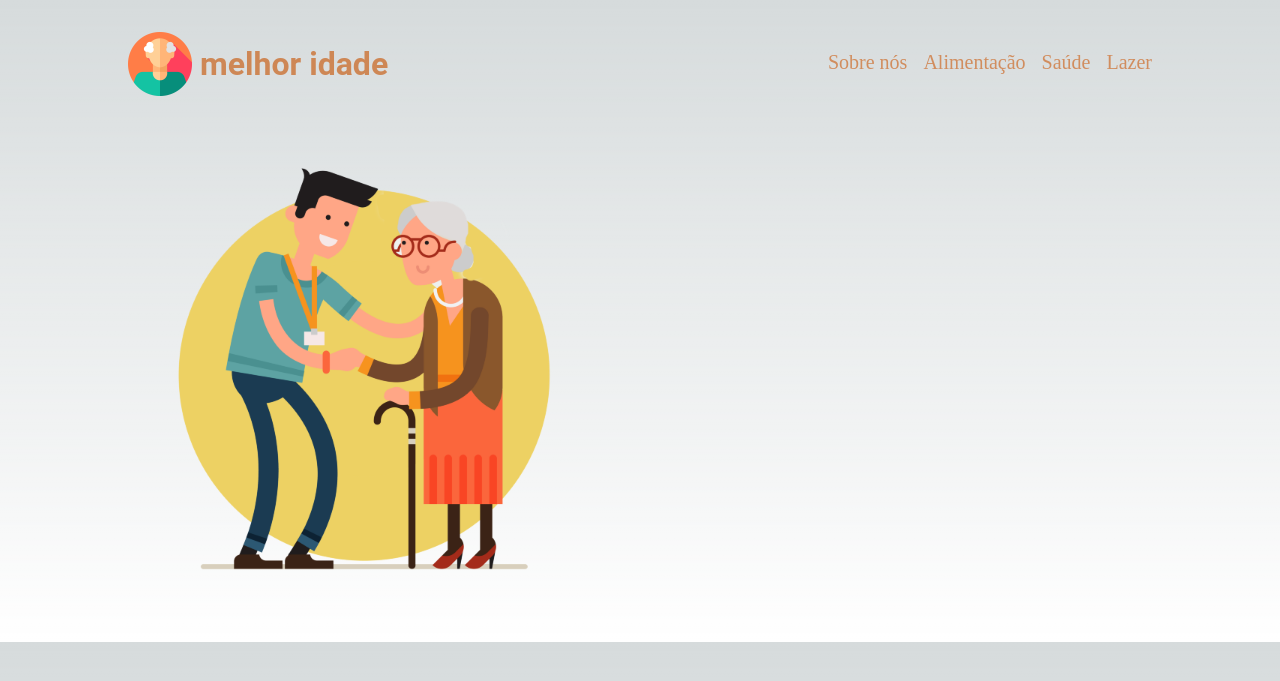
Repository: Giopol12/melhor-idade-online
Page: /home
The author's editor kept a copy of each file at every save. The page is drawn from the files as they stood at one save, then again after the next save.
The browser window is 1280 px wide. The pictures show the whole page.
The project was rebuilt for these pictures with package versions that can differ from the ones it lists, and the page was loaded fresh each time. The framework's server and built-in components were replaced by stand-ins that run in the browser. Also part of the build but not shown: next.config.js.

Above is the page before, as saved 2023-11-12 15:45:30.

After the next save:
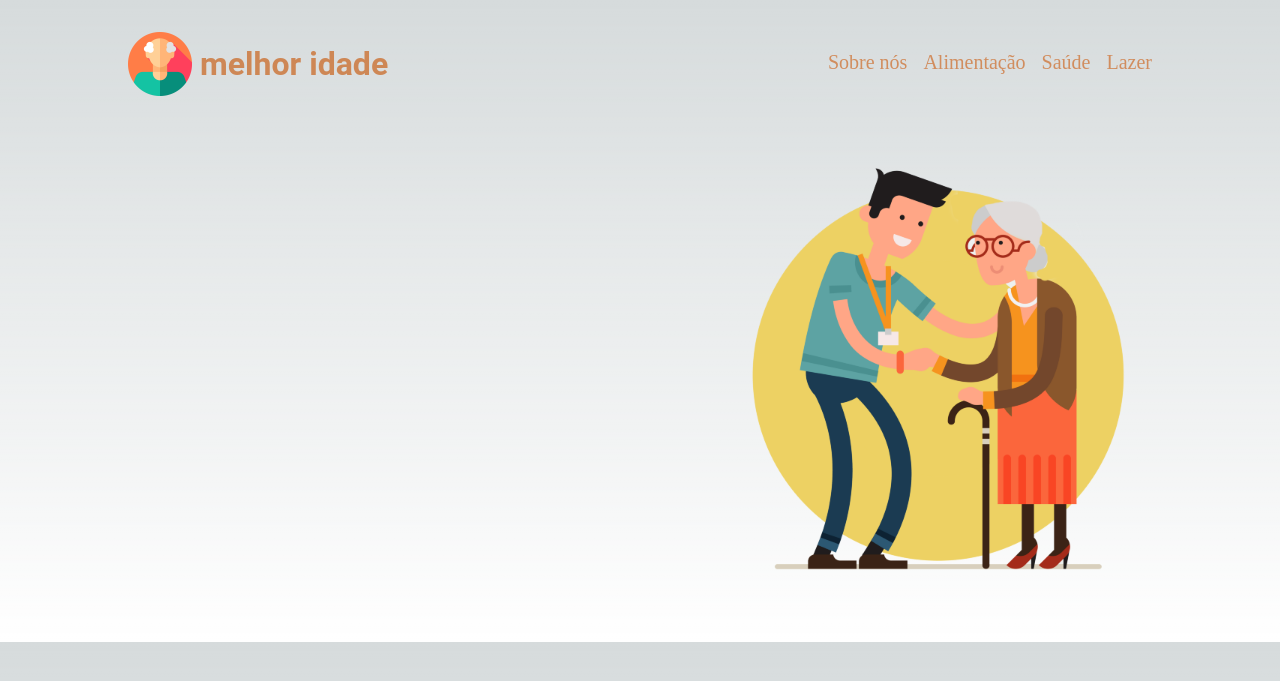
Saved 10 s later.
--- a/src/pages/home/HomeMain/index.tsx
+++ b/src/pages/home/HomeMain/index.tsx
@@ -1,11 +1,12 @@
 import Image from 'next/image'
-import { HomeMainContainer } from './styles'
+import { ContentContainer, HomeMainContainer } from './styles'
 
 import mainImg from '../../../../assets/main-image.png'
 
 export function HomeMain() {
   return (
     <HomeMainContainer>
+      <ContentContainer></ContentContainer>
       <Image src={mainImg} width={450} alt="" />
     </HomeMainContainer>
   )
